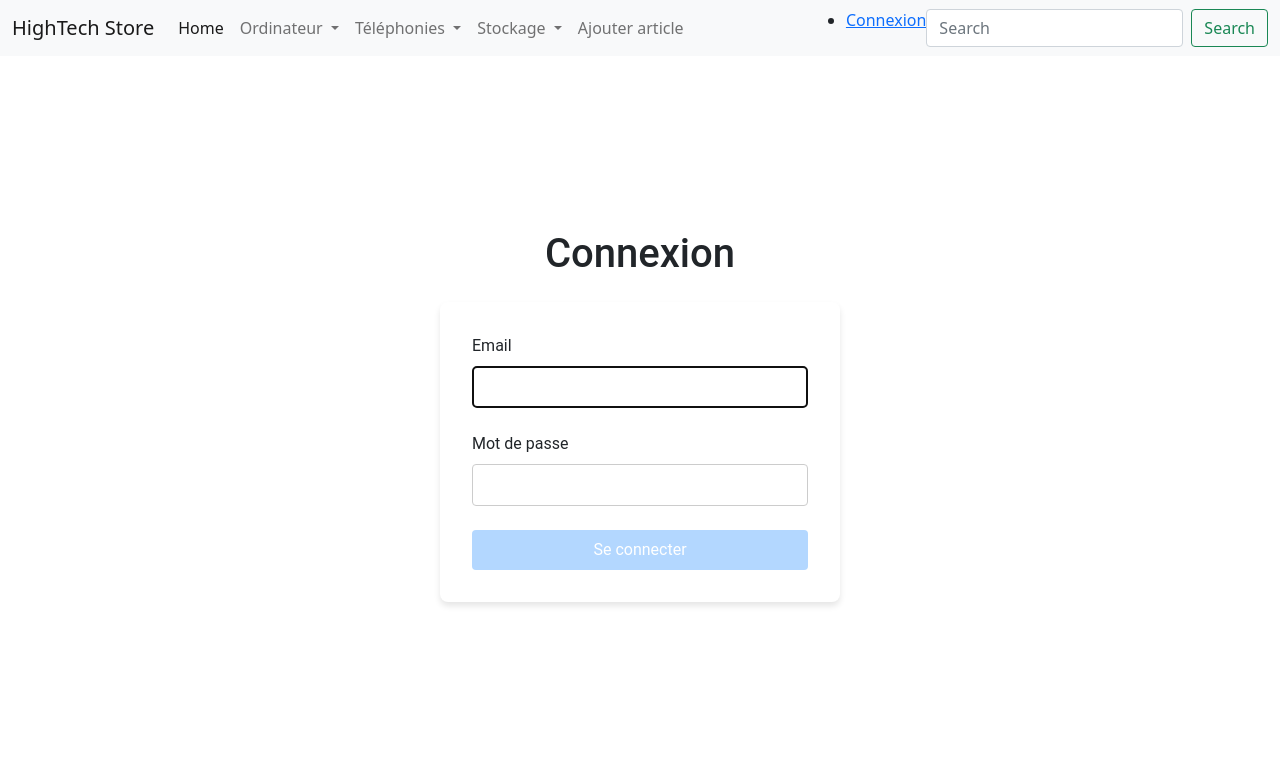
Repository: HaPhuong-krys/M1-angular
Page: /Connexion
The author's editor kept a copy of each file at every save. The page is drawn from the files as they stood at one save, then again after a run of saves.
The browser window is 1280 px wide. The pictures show the whole page.
The project was rebuilt for these pictures with package versions that can differ from the ones it lists, and the page was loaded fresh each time. Also part of the build but not shown: angular.json, src/app/home/home.component.ts, src/app/pc-bureau/pc-bureau.component.ts, src/app/pc-portable/pc-portable.component.ts, src/app/ajouter-article-form/ajouter-article-form.component.ts, src/app/Model/Articles.ts, src/app/accessoire-ordi/accessoire-ordi.component.ts, src/app/smart-phone/smart-phone.component.ts and 10 more.

Above is the page before, as saved 2023-04-23 01:06:46.

### src/index.html
<!doctype html>
<html lang="en">
<head>
  <meta charset="utf-8">
  <title>HighTechStore</title>
  <base href="/">
  <meta name="viewport" content="width=device-width, initial-scale=1">
  <link rel="icon" type="image/x-icon" href="favicon.ico">
  <!-- Boostrap css -->
  <link href="https://cdn.jsdelivr.net/npm/bootstrap@5.0.2/dist/css/bootstrap.min.css"
  rel="stylesheet" integrity="sha384-EVSTQN3/azprG1Anm3QDgpJLIm9Nao0Yz1ztcQTwFspd3yD65VohhpuuCOmLASjC" crossorigin="anonymous">
</head>
<body>
  <app-root></app-root>
   <!-- Boostrap -->
  <script src="https://cdn.jsdelivr.net/npm/@popperjs/core@2.9.2/dist/umd/popper.min.js"
  integrity="sha384-IQsoLXl5PILFhosVNubq5LC7Qb9DXgDA9i+tQ8Zj3iwWAwPtgFTxbJ8NT4GN1R8p" crossorigin="anonymous"></script>
  <script src="https://cdn.jsdelivr.net/npm/bootstrap@5.0.2/dist/js/bootstrap.min.js"
  integrity="sha384-cVKIPhGWiC2Al4u+LWgxfKTRIcfu0JTxR+EQDz/bgldoEyl4H0zUF0QKbrJ0EcQF" crossorigin="anonymous"></script>
</body>
</html>

### src/app/app.module.ts
import { NgModule } from '@angular/core';
import { BrowserModule } from '@angular/platform-browser';

import { AppRoutingModule } from './app-routing.module';
import { AppComponent } from './app.component';
import { NavbarComponent } from './navbar/navbar.component';
import { HomeComponent } from './home/home.component';
import { PcPortableComponent } from './pc-portable/pc-portable.component';
import { PcBureauComponent } from './pc-bureau/pc-bureau.component';
import { ConnexionComponent } from './connexion/connexion.component';
import { PhonesModule } from './modules/phones/phones.module';
import { StockageModule } from './modules/stockage/stockage.module';
import { AjouterArticleFormComponent } from './ajouter-article-form/ajouter-article-form.component';
import {HttpClientModule} from '@angular/common/http';
import { PcPortableServiceService } from './pc-portable-service.service';
import { FormCreationArticleService } from './form-creation-article.service';
import { FooterComponent } from './footer/footer.component';
import { FormsModule } from '@angular/forms';
import { HomeService } from './home.service';
import { PcBureauServiceService } from './pc-bureau-service.service';
import { AccesOrdiServiceService } from './acces-ordi-service.service';
import { AccessoireOrdiComponent } from './accessoire-ordi/accessoire-ordi.component';
import { SmartPhoneComponent } from './smart-phone/smart-phone.component';
import { SmartPhoneServiceService } from './smart-phone-service.service';
import { TelephoneFixComponent } from './telephone-fix/telephone-fix.component';
import { TelephoneFixServiceService } from './telephone-fix-service.service';
import { AccessoireTelfixComponent } from './accessoire-telfix/accessoire-telfix.component';
import { AccesTelfixServiceService } from './acces-telfix-service.service';
import { DisqueDurComponent } from './disque-dur/disque-dur.component';
import { UsbComponent } from './usb/usb.component';
import { AccessoireStockageComponent } from './accessoire-stockage/accessoire-stockage.component';
import { DisqueDurServiceService } from './disque-dur-service.service';
import { UsersComponent } from './users/users.component';
import { DeconnexionComponent } from './deconnexion/deconnexion.component';

@NgModule({
  declarations: [
    AppComponent,
    NavbarComponent,
    HomeComponent,
    PcPortableComponent,
    PcBureauComponent,
    ConnexionComponent,
    AjouterArticleFormComponent,
    FooterComponent,
    AccessoireOrdiComponent,
    SmartPhoneComponent,
    TelephoneFixComponent,
    AccessoireTelfixComponent,
    DisqueDurComponent,
    UsbComponent,
    AccessoireStockageComponent,
    UsersComponent,
    DeconnexionComponent,


  ],
  imports: [
    BrowserModule,
    AppRoutingModule,
    PhonesModule,
    StockageModule,
    HttpClientModule,
    FormsModule
  ],
  providers: [
    PcPortableServiceService,
    FormCreationArticleService,
    HomeService,
    PcBureauServiceService,
    AccesOrdiServiceService,
    SmartPhoneServiceService,
    TelephoneFixServiceService,
    AccesTelfixServiceService,
    DisqueDurServiceService
  ],
  bootstrap: [AppComponent]
})
export class AppModule { }

### src/app/app-routing.module.ts
import { NgModule } from '@angular/core';
import { RouterModule, Routes } from '@angular/router';
import { ConnexionComponent } from './connexion/connexion.component';
import { HomeComponent } from './home/home.component';
import { PcBureauComponent } from './pc-bureau/pc-bureau.component';
import { PcPortableComponent } from './pc-portable/pc-portable.component';
import { AjouterArticleFormComponent } from './ajouter-article-form/ajouter-article-form.component';
import { AccessoireOrdiComponent } from './accessoire-ordi/accessoire-ordi.component';
import { SmartPhoneComponent } from './smart-phone/smart-phone.component';
import { TelephoneFixComponent } from './telephone-fix/telephone-fix.component';
import { AccessoireTelfixComponent } from './accessoire-telfix/accessoire-telfix.component';
import { DisqueDurComponent } from './disque-dur/disque-dur.component';
import { UsbComponent } from './usb/usb.component';
import { AccessoireStockageComponent } from './accessoire-stockage/accessoire-stockage.component';

const routes: Routes = [
  { path:'home', component:HomeComponent},
  { path: 'PcPortable', component: PcPortableComponent},
  { path: 'PcBureau', component: PcBureauComponent},
  { path: 'Connexion', component: ConnexionComponent},
  { path: 'AjouterAticleForm', component: AjouterArticleFormComponent},
  { path: 'AccessoireOrdi', component: AccessoireOrdiComponent},
  { path: 'SmartPhone', component: SmartPhoneComponent},
  { path: 'telephoneFix', component: TelephoneFixComponent},
  { path: 'AccessoireTelFix', component: AccessoireTelfixComponent},
  { path: 'DisqueDur', component: DisqueDurComponent},
  { path: 'USB', component: UsbComponent},
  { path: 'AccessoireStock', component : AccessoireStockageComponent}
];

@NgModule({
  imports: [RouterModule.forRoot(routes)],
  exports: [RouterModule]
})
export class AppRoutingModule { }

### src/app/app.component.ts
import { Component } from '@angular/core';

@Component({
  selector: 'app-root',
  templateUrl: './app.component.html',
  styleUrls: ['./app.component.css']
})
export class AppComponent {
  title = 'HighTechStore';
}

### src/app/navbar/navbar.component.ts
import { Component, OnInit } from '@angular/core';
import { Router } from '@angular/router';
import { LoginService } from '../login.service';

@Component({
  selector: 'app-navbar',
  templateUrl: './navbar.component.html',
  styleUrls: ['./navbar.component.css']
})
export class NavbarComponent implements OnInit {
  isLoggedIn$ = this.authService.isLoggedIn$;

  constructor(private authService: LoginService, private router: Router) { }

  ngOnInit(): void {
  }

  logout() {
    this.authService.logout();
    this.router.navigate(['/connexion']);
  }

}

### src/app/connexion/connexion.component.ts
import { Component } from '@angular/core';
import { NgForm } from '@angular/forms';
import { Router } from '@angular/router';
import { LoginService } from '../login.service';

@Component({
  selector: 'app-connexion',
  templateUrl: './connexion.component.html',
  styleUrls: ['./connexion.component.css']
})
export class ConnexionComponent {
  user = {
    username: '',
    password: ''
  };

  constructor(private authService: LoginService, private router: Router) { }

  onSubmit(loginForm: NgForm) {
    if (loginForm.valid) {
      this.authService.loginUser(this.user.username, this.user.password).subscribe(
        (user) => {
          if (user) {
            console.log('Utilisateur connecté avec succès');
            this.authService.login();
            this.router.navigate(['/home']);
          } else {
            console.log('Échec de la connexion');
          }
        },
        (error) => {
          console.log('Erreur lors de la connexion', error);
        }
      );
    }
  }
}

### src/app/modules/phones/phones.module.ts
import { NgModule } from '@angular/core';
import { CommonModule } from '@angular/common';

import { PhonesRoutingModule } from './phones-routing.module';


@NgModule({
  declarations: [],
  imports: [
    CommonModule,
    PhonesRoutingModule
  ]
})
export class PhonesModule { }

### src/app/modules/stockage/stockage.module.ts
import { NgModule } from '@angular/core';
import { CommonModule } from '@angular/common';

import { StockageRoutingModule } from './stockage-routing.module';


@NgModule({
  declarations: [],
  imports: [
    CommonModule,
    StockageRoutingModule
  ]
})
export class StockageModule { }

### src/app/pc-portable-service.service.ts
import { Injectable } from '@angular/core';
import  { HttpClient, HttpClientModule } from  '@angular/common/http';
import { Observable } from 'rxjs';
import { Articles } from './Model/Articles';


@Injectable({
  providedIn: 'root'
})
export class PcPortableServiceService {
  url_portable = 'http://localhost:8080/Projet-REST-V1/articles/list/PC_Portable';

  constructor(private http:HttpClient) { }

  getArticlePcPortable():Observable<Array<Articles>>{
    return this.http.get<Array<Articles>>(this.url_portable);
  }
}

### src/app/form-creation-article.service.ts
import { Injectable } from '@angular/core';
import  { HttpClient, HttpClientModule, HttpHeaders } from  '@angular/common/http';
import { Observable } from 'rxjs';
import { Categories } from './Model/Categories';
import { Articles } from './Model/Articles';


@Injectable({
  providedIn: 'root'
})
export class FormCreationArticleService {

  url = 'http://localhost:8080/Projet-REST-V1/categories/list';

  addUrl = 'http://localhost:8080/Projet-REST-V1/articles';

  articleData: any = {};

  constructor(private http:HttpClient) { }

  getAllCategories():Observable<Array<Categories>>{
    return this.http.get<Array<Categories>>(this.url);
  }

  httpOptions = {
    headers: new HttpHeaders({ 'Content-Type': 'application/json' })
  };

  addArticle(article: Articles): Observable<Articles> {
    const url = `${this.addUrl}/add`;
    return this.http.post<Articles>(url, article, this.httpOptions);
    //return this.http.post<Articles[]>(`${this.addUrl}/add`, article);
  }

}

### src/app/home.service.ts
import { Injectable } from '@angular/core';
import  { HttpClient, HttpClientModule, HttpHeaders } from  '@angular/common/http';
import { Observable } from 'rxjs';
import { Categories } from './Model/Categories';
import { Articles } from './Model/Articles';

@Injectable({
  providedIn: 'root'
})
export class HomeService {
  url = 'http://localhost:8080/Projet-REST-V1/articles/list';
  articleData: any = {};

  constructor(private http:HttpClient) { }

  getAllArticle():Observable<Array<Articles>>{
    return this.http.get<Array<Articles>>(this.url);
  }
}

### src/app/pc-bureau-service.service.ts
import { HttpClient } from '@angular/common/http';
import { Injectable } from '@angular/core';
import { Observable } from 'rxjs';
import { Articles } from './Model/Articles';

@Injectable({
  providedIn: 'root'
})
export class PcBureauServiceService {

  url_bureau = 'http://localhost:8080/Projet-REST-V1/articles/list/PC_Bureau';

  constructor(private http:HttpClient) { }

  getArticlePcBureau():Observable<Array<Articles>>{
    return this.http.get<Array<Articles>>(this.url_bureau);
  }
}

### src/app/acces-ordi-service.service.ts
import { HttpClient } from '@angular/common/http';
import { Injectable } from '@angular/core';
import { Observable } from 'rxjs';
import { Articles } from './Model/Articles';

@Injectable({
  providedIn: 'root'
})
export class AccesOrdiServiceService {

  access_ordi = 'http://localhost:8080/Projet-REST-V1/articles/list/accessoire_ordi';
  constructor(private http:HttpClient) { }

  getArticleAccesoireOrdi(): Observable<Array<Articles>>{
    return this.http.get<Array<Articles>>(this.access_ordi);
  }
}

### src/app/smart-phone-service.service.ts
import { HttpClient } from '@angular/common/http';
import { Injectable } from '@angular/core';
import { Observable } from 'rxjs';
import { Articles } from './Model/Articles';

@Injectable({
  providedIn: 'root'
})
export class SmartPhoneServiceService {

  url_smartphone = 'http://localhost:8080/Projet-REST-V1/articles/list/smartphone';


  constructor(private http: HttpClient) { }

  getArticleSmartphone():Observable<Array<Articles>>{
    return this.http.get<Array<Articles>>(this.url_smartphone);
  }
}

### src/app/telephone-fix-service.service.ts
import { HttpClient } from '@angular/common/http';
import { Injectable } from '@angular/core';
import { Articles } from './Model/Articles';

@Injectable({
  providedIn: 'root'
})
export class TelephoneFixServiceService {
  url_telFix = 'http://localhost:8080/Projet-REST-V1/articles/list/telephoneFix';

  constructor(private http: HttpClient) { }

  getArticleTelephoneFix(){
    return this.http.get<Array<Articles>>(this.url_telFix);
  }
}

### src/app/acces-telfix-service.service.ts
import { HttpClient } from '@angular/common/http';
import { Injectable } from '@angular/core';
import { Articles } from './Model/Articles';

@Injectable({
  providedIn: 'root'
})
export class AccesTelfixServiceService {

  url_accesstel= 'http://localhost:8080/Projet-REST-V1/articles/list/accessoire_tel';

  constructor(private http:HttpClient) { }

  getArticleAccessoireTelFix(){
    return this.http.get<Array<Articles>>(this.url_accesstel);
  }

}

### src/app/disque-dur-service.service.ts
import { HttpClient } from '@angular/common/http';
import { Injectable } from '@angular/core';
import { Articles } from './Model/Articles';

@Injectable({
  providedIn: 'root'
})
export class DisqueDurServiceService {

  url_disque = 'http://localhost:8080/Projet-REST-V1/articles/list/Disque_dur';

  constructor(private http:HttpClient) { }

  getArticleDisqurDur(){
    return this.http.get<Array<Articles>>(this.url_disque);
  }

}

### src/app/navbar/navbar.component.html

<nav class="navbar navbar-expand-lg navbar-light bg-light">
    <div class="container-fluid">
      <a class="navbar-brand" href="#">HighTech Store</a>
      <button class="navbar-toggler" type="button" data-bs-toggle="collapse" data-bs-target="#navbarSupportedContent" aria-controls="navbarSupportedContent" aria-expanded="false" aria-label="Toggle navigation">
        <span class="navbar-toggler-icon"></span>
      </button>
      <div class="collapse navbar-collapse" id="navbarSupportedContent">
        <ul class="navbar-nav me-auto mb-2 mb-lg-0">
          <li class="nav-item">
            <a class="nav-link active" aria-current="page" href="/home">Home</a>
          </li>
          <li class="nav-item dropdown">
            <a class="nav-link dropdown-toggle" href="#" id="navbarDropdown" role="button" data-bs-toggle="dropdown" aria-expanded="false">
              Ordinateur
            </a>
            <ul class="dropdown-menu" aria-labelledby="navbarDropdown">
              <li><a class="dropdown-item" routerLink="/PcPortable">Pc Portable</a></li>
              <li><a class="dropdown-item" routerLink="/PcBureau">Pc Bureau</a></li>
              <li><hr class="dropdown-divider"></li>
              <li><a class="dropdown-item" href="/AccessoireOrdi">Accessoire</a></li>
            </ul>
          </li>
          <li class="nav-item dropdown">
            <a class="nav-link dropdown-toggle" href="#" id="navbarDropdown" role="button" data-bs-toggle="dropdown" aria-expanded="false">
              Téléphonies
            </a>
            <ul class="dropdown-menu" aria-labelledby="navbarDropdown">
              <li><a class="dropdown-item" routerLink="/SmartPhone">Smart Phone</a></li>
              <li><a class="dropdown-item" routerLink="/telephoneFix">Téléphone Fixe</a></li>
              <li><hr class="dropdown-divider"></li>
              <li><a class="dropdown-item" href="/AccessoireTelFix">Accessoire</a></li>
            </ul>
          </li>

          <li class="nav-item dropdown">
            <a class="nav-link dropdown-toggle" href="#" id="navbarDropdown" role="button" data-bs-toggle="dropdown" aria-expanded="false">
              Stockage
            </a>
            <ul class="dropdown-menu" aria-labelledby="navbarDropdown">
              <li><a class="dropdown-item" routerLink="/DisqueDur">Disque Dur</a></li>
              <li><a class="dropdown-item" routerLink="/USB">Clé USB</a></li>
              <li><hr class="dropdown-divider"></li>
              <li><a class="dropdown-item" href="/AccessoireStock">Accessoire</a></li>
            </ul>
          </li>

          <li class="nav-item">
            <a class="nav-link" href="/AjouterAticleForm">Ajouter article</a>
          </li>


        </ul>
        <div class="ml-auto ml-2">
          <ul *ngIf="isLoggedIn$ | async">
            <!-- Liens pour les utilisateurs connectés -->
            <li><a routerLink="/profil">Profil</a></li>
            <li><a routerLink="/deconnexion">Déconnexion</a></li>
          </ul>
          <ul *ngIf="!(isLoggedIn$ | async)">
            <!-- Liens pour les utilisateurs non connectés -->
            <li><a routerLink="/Connexion">Connexion</a></li>
            <!--<li><a routerLink="/inscription">Inscription</a></li>-->
          </ul>

        </div>
        <form class="d-flex">
          <input class="form-control me-2" type="search" placeholder="Search" aria-label="Search">
          <button class="btn btn-outline-success" type="submit">Search</button>
        </form>

      </div>
    </div>
  </nav>

### src/app/login.service.ts
import { HttpClient } from '@angular/common/http';
import { Injectable } from '@angular/core';
import { Observable, BehaviorSubject } from 'rxjs';

export interface user {
  id: number;
  name: string;
}

@Injectable({
  providedIn: 'root'
})

export class LoginService {

  private apiUrl = 'http://localhost:8080/Projet-REST-V1/users';

  private isLoggedIn = new BehaviorSubject<boolean>(false);
  isLoggedIn$ = this.isLoggedIn.asObservable();

  // ...

  login() {
    this.isLoggedIn.next(true);
  }

  logout() {
    this.isLoggedIn.next(false);
  }

  loginUser(email: string, password: string): Observable<any> {
    const body = { email: email, password: password };
    return this.http.post<any>(`${this.apiUrl}/login`, body);
  }

  constructor(private http: HttpClient) { }

}

### src/app/connexion/connexion.component.html
<!-- login.component.html -->
<div class="login-container">
    <h1>Connexion</h1>
    <div class="form-container">
    <form (submit)="onSubmit(loginForm)" #loginForm="ngForm">
      <div class="form-group">
        <label for="email">Email</label>
        <input type="text" id="username" name="username" [(ngModel)]="user.username" required autofocus>
      </div>

      <div class="form-group">
        <label for="password">Mot de passe</label>
        <input type="password" id="password" name="password" [(ngModel)]="user.password" required>
      </div>

      <button type="submit" [disabled]="!loginForm.valid">Se connecter</button>
    </form>
  </div>

### src/app/connexion/connexion.component.css
/* connexion.component.css */
/* connexion.component.css */
.login-container {
    display: flex;
    flex-direction: column;
    justify-content: center;
    align-items: center;
    min-height: 100vh;
    font-family: 'Roboto', sans-serif;
  }

  h1 {
    text-align: center;
    margin-bottom: 1.5rem;
  }

  .form-container {
    background-color: #ffffff;
    padding: 2rem;
    border-radius: 8px;
    box-shadow: 0 4px 6px rgba(0, 0, 0, 0.1);
    width: 100%;
    max-width: 400px;
  }

.form-group {
  display: flex;
  flex-direction: column;
  margin-bottom: 1.5rem;
}

label {
  margin-bottom: 0.5rem;
}

input {
  padding: 0.5rem;
  font-size: 1rem;
  border: 1px solid #cccccc;
  border-radius: 4px;
}

button {
  cursor: pointer;
  background-color: #007bff;
  color: #ffffff;
  padding: 0.5rem;
  font-size: 1rem;
  border: none;
  border-radius: 4px;
  width: 100%;
}

button:hover {
  background-color: #0069d9;
}

button:disabled {
  background-color: #b3d7ff;
  cursor: not-allowed;
}

### src/app/modules/phones/phones-routing.module.ts
import { NgModule } from '@angular/core';
import { RouterModule, Routes } from '@angular/router';

const routes: Routes = [];

@NgModule({
  imports: [RouterModule.forChild(routes)],
  exports: [RouterModule]
})
export class PhonesRoutingModule { }

### src/app/modules/stockage/stockage-routing.module.ts
import { NgModule } from '@angular/core';
import { RouterModule, Routes } from '@angular/router';

const routes: Routes = [];

@NgModule({
  imports: [RouterModule.forChild(routes)],
  exports: [RouterModule]
})
export class StockageRoutingModule { }

Loaded but not shown: src/styles.css (common file); src/main.ts (common file); src/app/app.component.html (common file); src/app/app.component.css (no stored copy; drawn as an empty file); src/app/navbar/navbar.component.css (no stored copy; drawn as an empty file)

After the next 2 saves:
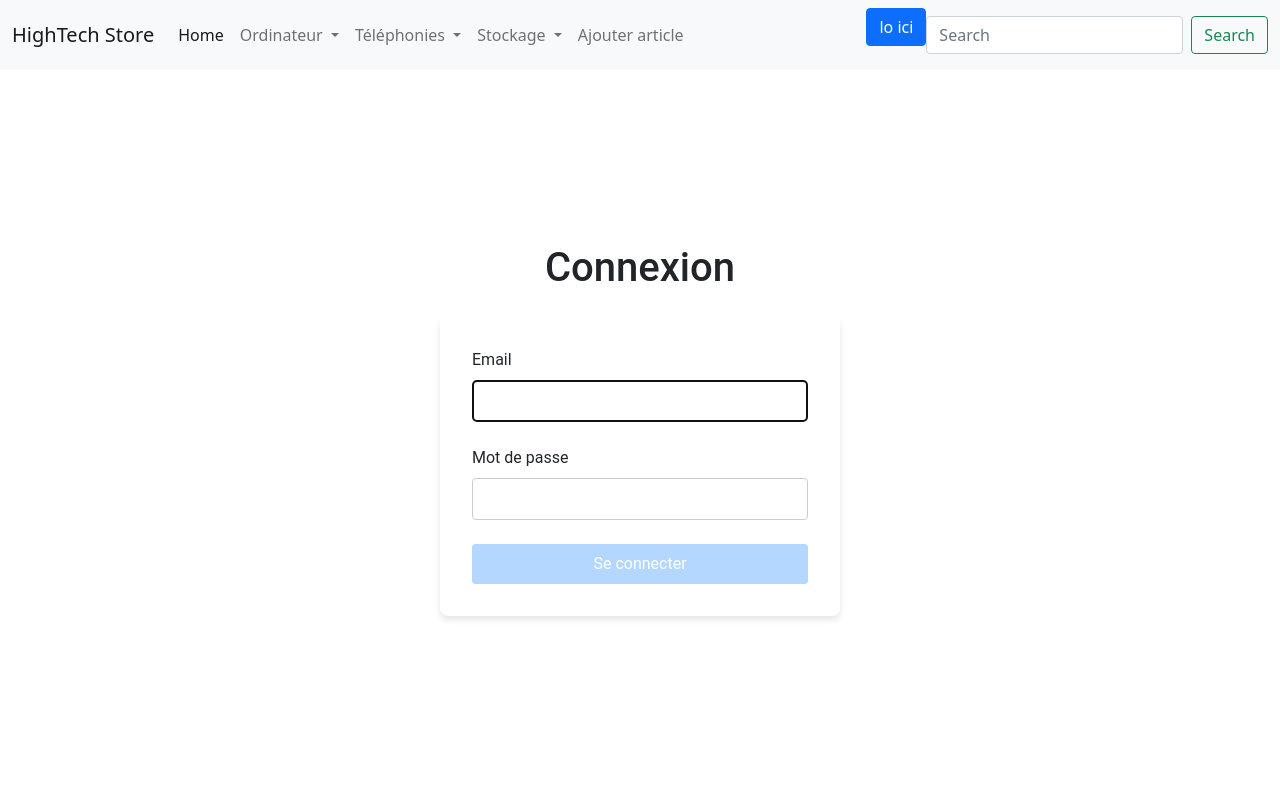
The 2 saves are shown as one change because they came seconds apart.
The last was saved 51 s later.
--- a/src/app/navbar/navbar.component.html
+++ b/src/app/navbar/navbar.component.html
@@ -59,7 +59,7 @@
           </ul>
           <ul *ngIf="!(isLoggedIn$ | async)">
             <!-- Liens pour les utilisateurs non connectés -->
-            <li><a routerLink="/Connexion">Connexion</a></li>
+            <a href="https://example.com" class="btn btn-primary" role="button">lo ici</a>
             <!--<li><a routerLink="/inscription">Inscription</a></li>-->
           </ul>
 
